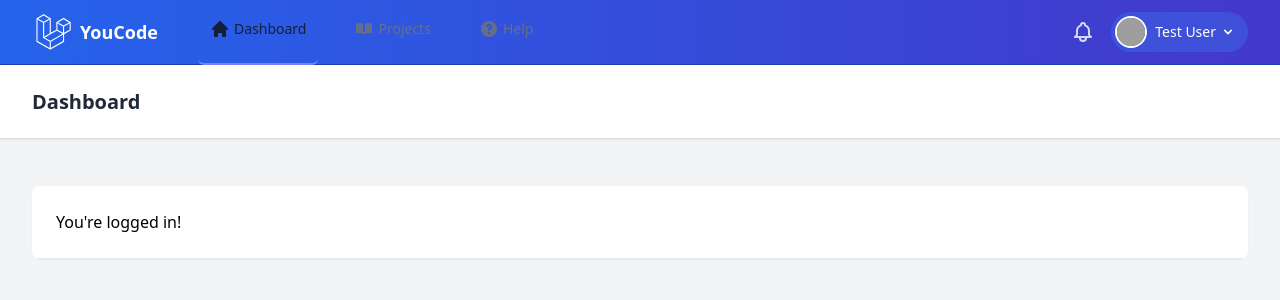
Repository: mohamedm999/Plateforme-de-Tests-d-Acceptation---YouCode-
Page: http://localhost/dashboard
An editor plug-in stored every save of this project. The page is shown before and after the next save, followed by the edit.
The browser window is 1280 px wide. The pictures show the whole page.
Pictures or frames that could not be fetched are drawn as grey boxes. The page is served by the project's Laravel application, run on PHP 8.4 with Laravel 8. A made-up administrator, Test User (test@example.com), is signed in.

Above is the page before, as saved 2025-02-26 15:30:39.

After the next save:
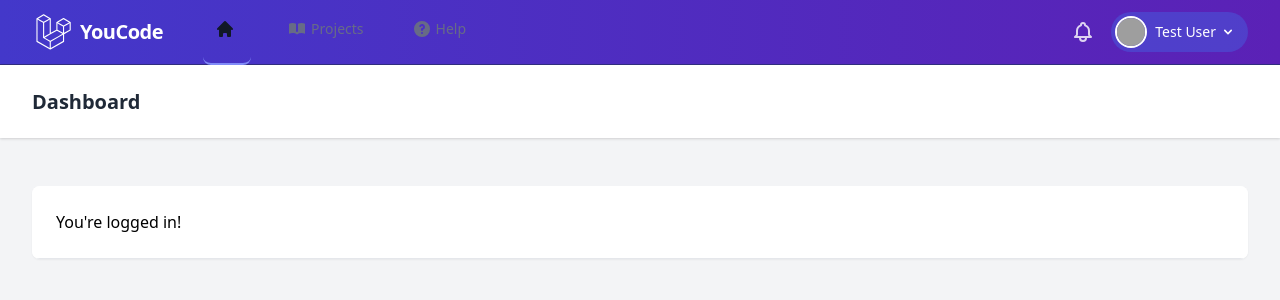
Saved 93 s later.
--- a/projet-evaluation/resources/views/layouts/navigation.blade.php
+++ b/projet-evaluation/resources/views/layouts/navigation.blade.php
@@ -1,5 +1,4 @@
-<!-- filepath: /c:/github/Plateforme-de-Tests-d-Acceptation---YouCode-/projet-evaluation/resources/views/layouts/navigation.blade.php -->
-<nav x-data="{ open: false }" class="bg-gradient-to-r from-blue-600 to-indigo-700 border-b border-blue-800 shadow-md">
+<nav x-data="{ open: false }" class="bg-gradient-to-r from-indigo-700 to-purple-800 border-b border-indigo-900 shadow-xl">
     <!-- Primary Navigation Menu -->
     <div class="max-w-7xl mx-auto px-4 sm:px-6 lg:px-8">
         <div class="flex justify-between h-16">
@@ -8,13 +7,14 @@
                 <div class="shrink-0 flex items-center">
                     <a href="{{ route('home') }}" class="flex items-center transition-all duration-300 transform hover:scale-105">
                         <x-application-logo class="block h-10 w-auto fill-current text-white" />
-                        <span class="ml-2 text-white font-bold text-lg hidden md:block">YouCode</span>
+                        <span class="ml-2 text-white font-bold text-xl hidden md:block tracking-tight">YouCode</span>
                     </a>
                 </div>
 
                 <!-- Navigation Links -->
                 <div class="hidden space-x-6 sm:-my-px sm:ml-10 sm:flex">
-                    <x-nav-link :href="route('dashboard')" :active="request()->routeIs('dashboard')" class="text-white opacity-90 hover:opacity-100 font-medium px-3 py-2 rounded-md hover:bg-blue-500 transition-all duration-200">
+                    <x-nav-link :href="route('dashboard')" :active="request()->routeIs('dashboard')" class="text-white hover:text-indigo-100 font-medium px-3 py-2 rounded-lg hover:bg-indigo-600 transition-all duration-200">
+                        <svg xmlns="http://www.w3.org/2000/svg" class="h-5 w-5 inline-block mr-1" viewBox="0 0 20 20" fill="currentColor">
                         <svg xmlns="http://www.w3.org/2000/svg" class="h-5 w-5 inline-block mr-1" viewBox="0 0 20 20" fill="currentColor">
                             <path d="M10.707 2.293a1 1 0 00-1.414 0l-7 7a1 1 0 001.414 1.414L4 10.414V17a1 1 0 001 1h2a1 1 0 001-1v-2a1 1 0 011-1h2a1 1 0 011 1v2a1 1 0 001 1h2a1 1 0 001-1v-6.586l.293.293a1 1 0 001.414-1.414l-7-7z" />
                         </svg>
